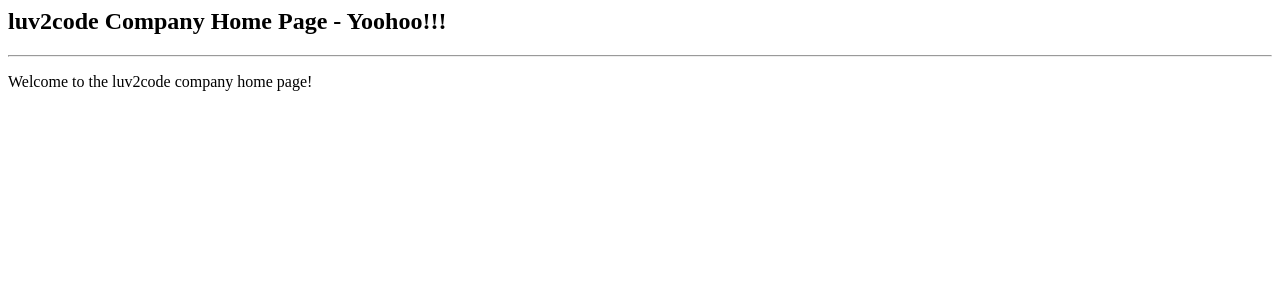
Repository: MOURAD1997-ctrl/dev-security
Page: http://localhost/spring-security-demo-05-logout/
The author's editor kept a copy of each file at every save. The page is drawn from the files as they stood at one save, then again after the next save.
The browser window is 1280 px wide. The pictures show the whole page.
The page is served by Tomcat 9.

Above is the page before, as saved 2020-06-05 14:20:04.

After the next save:
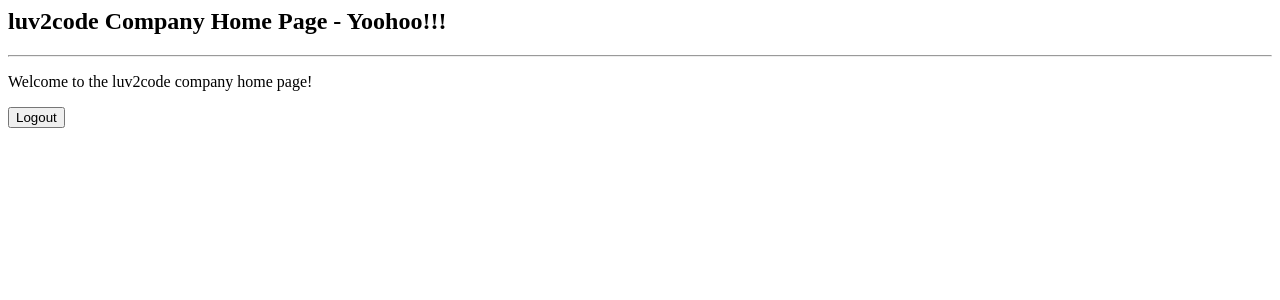
Saved 55 s later.
--- a/spring-security-demo-05-logout/src/main/webapp/WEB-INF/view/home.jsp
+++ b/spring-security-demo-05-logout/src/main/webapp/WEB-INF/view/home.jsp
@@ -15,6 +15,9 @@
    </p>
    <form:form action="${pageContext.request.contextPath}/logout"
               method="POST">
+
+            <input type="submit" value="Logout" />
+
    </form:form>
 </body>
 
